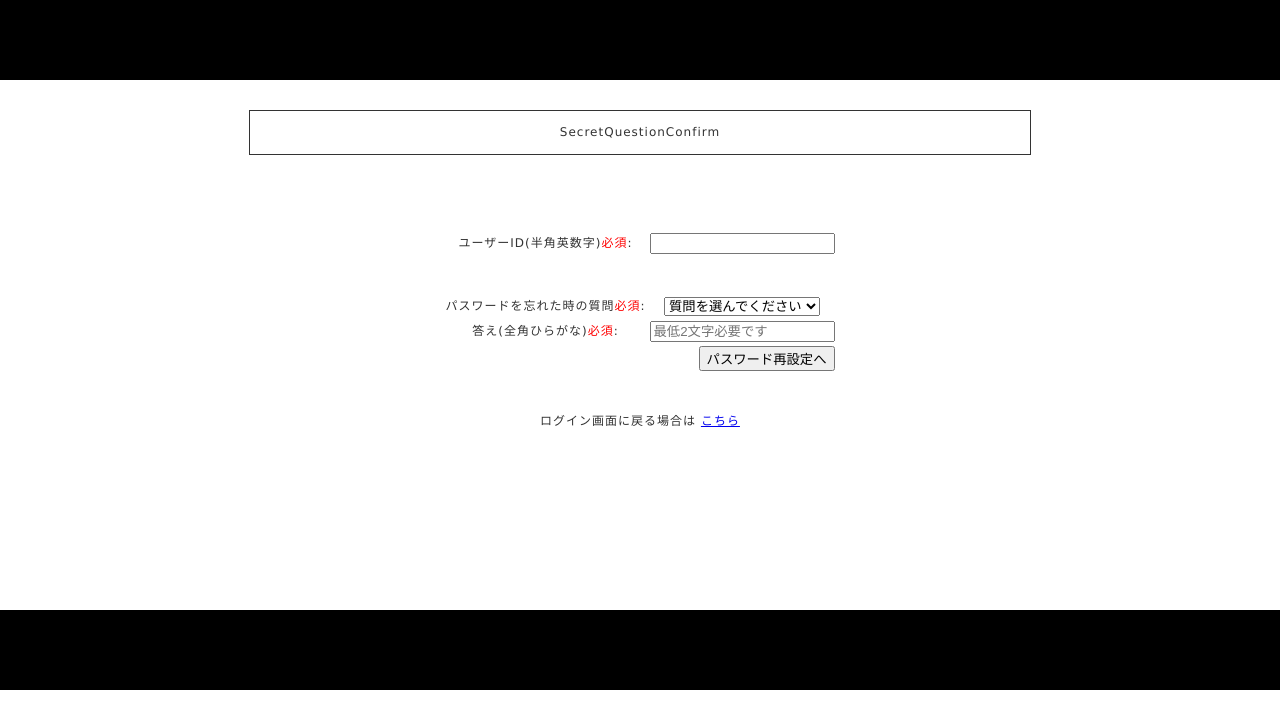
Repository: y321sudo/test2
Page: http://localhost/Yukazon/secretQuestionConfirm.jsp
These files come from the project's save history. The page is drawn as it stood at one moment and after the next save; the edit follows.
The browser window is 1280 px wide. The pictures show the whole page.
The page is served by Tomcat 9.

Above is the page before, as saved 2018-02-23 06:42:10.

After the next save:
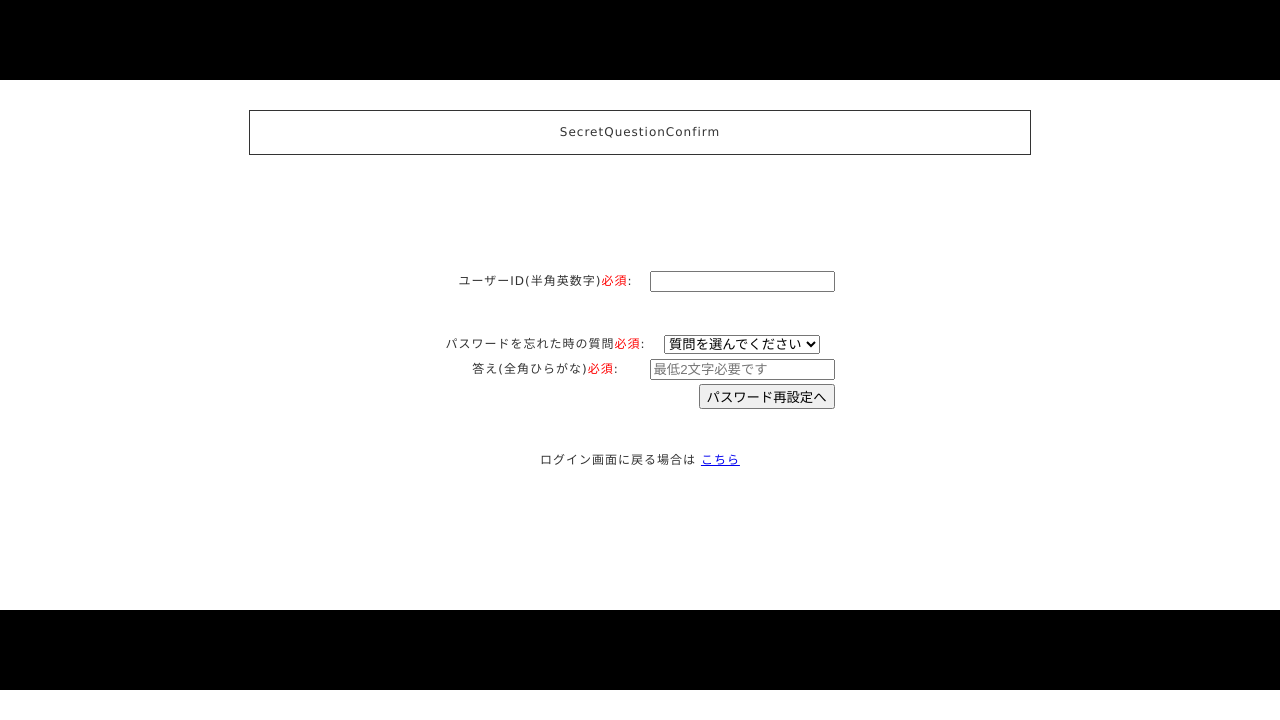
Saved 17 s later.
--- a/Yukazon/WebContent/secretQuestionConfirm.jsp
+++ b/Yukazon/WebContent/secretQuestionConfirm.jsp
@@ -101,7 +101,7 @@
 						<input type="text" name="secretAnswer" placeholder="最低2文字必要です" pattern="^[ぁ-ん]+$" title="全角ひらがな2文字以上でご入力ください。" required />
 					</td>
 				</tr>
-					<s:submit value="パスワード再設定へ"/>
+					<br><br><s:submit value="パスワード再設定へ"/>
 			</s:form>
 			</table>
 			<br><br>
